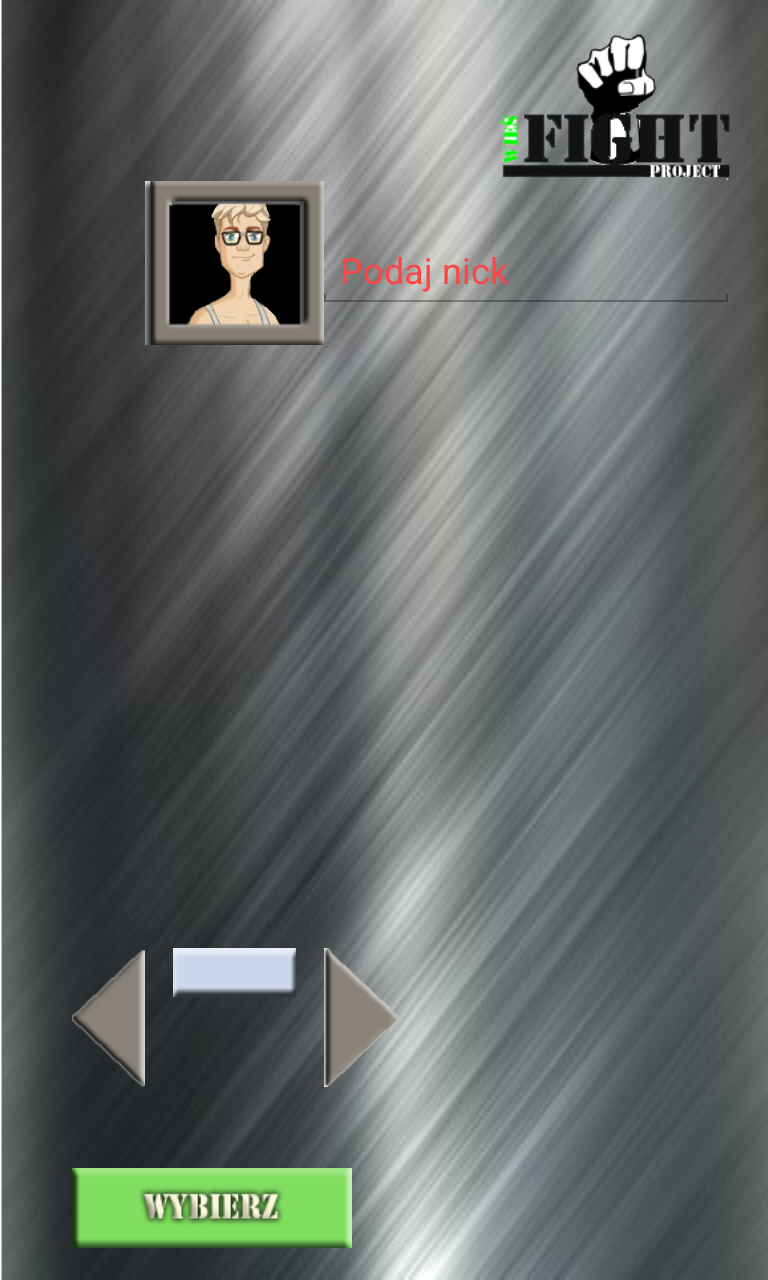
Repository: KrzysztofWolinski/WiesFight_Project
Layout: WiesFight/res/layout/activity_login.xml
The author's editor kept a copy of each file at every save. The layout is drawn from the files as they stood at one save, then again after the next save.
It is drawn on a 768 x 1280 px phone screen (xhdpi) without system bars, with theme AppTheme; the app's code is not run.

Above is the layout before, as saved 2014-11-04 19:18:38.

After the next save:
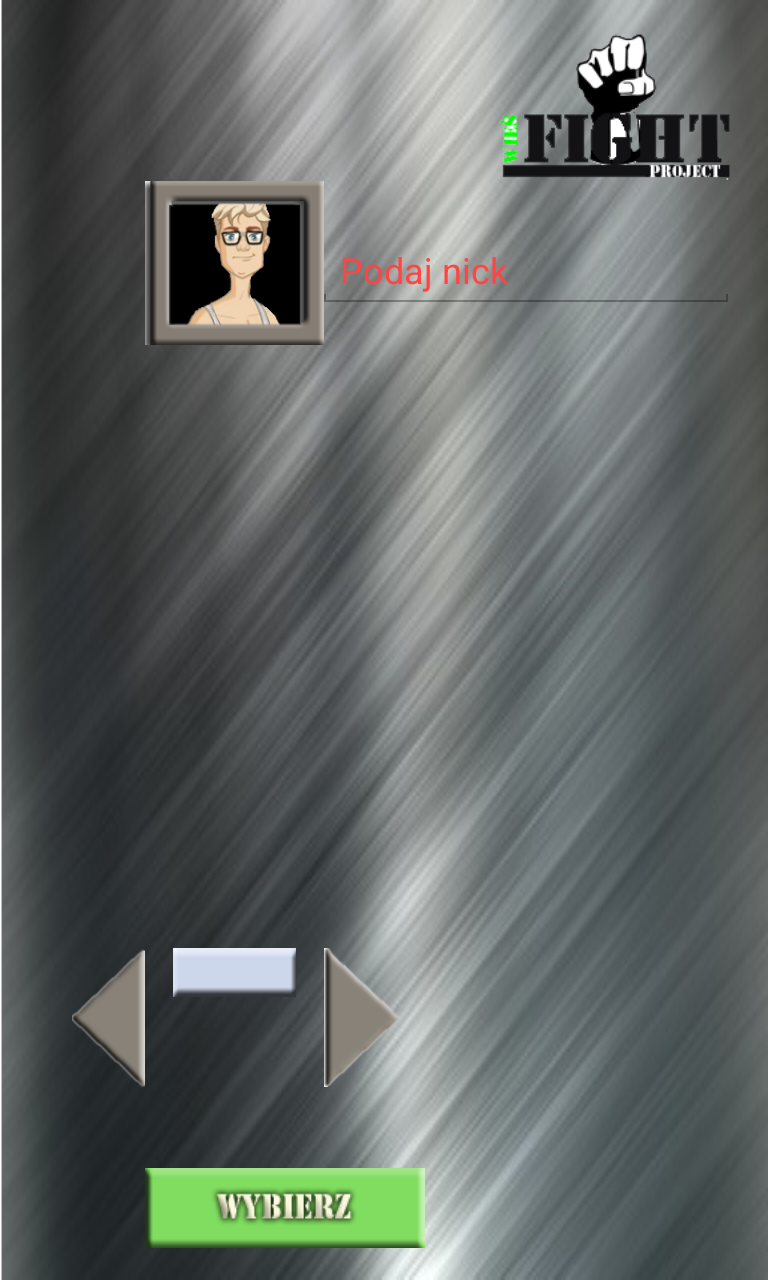
Saved 48 s later.
--- a/WiesFight/res/layout/activity_login.xml
+++ b/WiesFight/res/layout/activity_login.xml
@@ -23,7 +23,7 @@
         android:layout_width="140dp"
         android:layout_height="40dp"
         android:layout_alignParentBottom="true"
-        android:layout_alignLeft="@+id/ibtnLeft"
+        android:layout_toRightOf="@+id/ibtnLeft"
         android:layout_marginBottom="0dp"
         android:background="@drawable/wybierz"
         android:onClick="addUser" />
